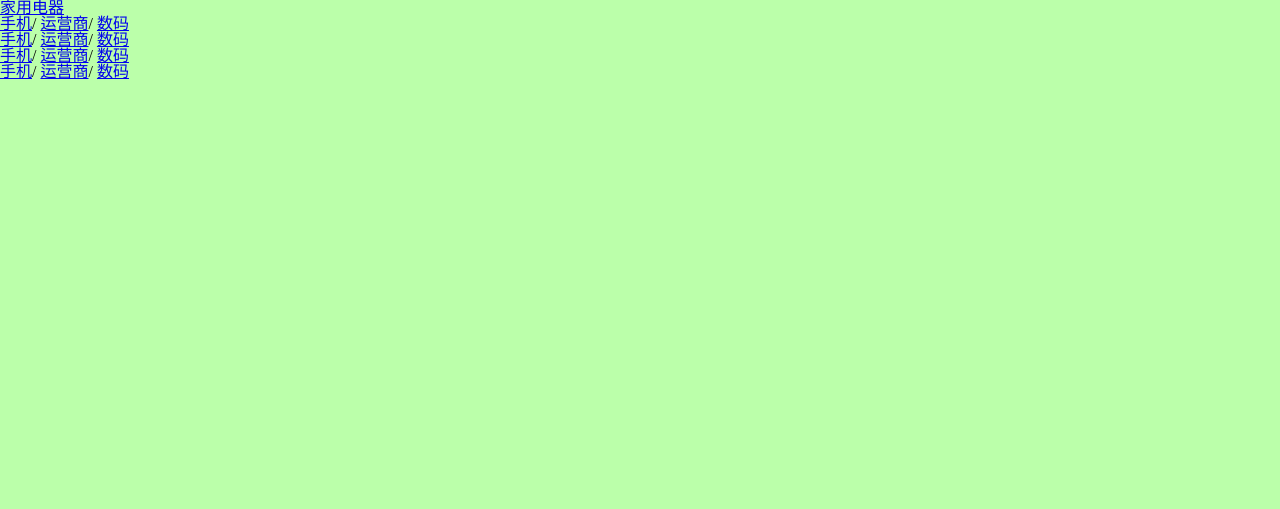
Repository: Romic77/css-test
Page: exercise/02_京东左侧导航条.html
The author's editor kept a copy of each file at every save. The page is drawn from the files as they stood at one save, then again after the next save.
The browser window is 1280 px wide. The pictures show the whole page.

Above is the page before, as saved 2022-09-03 13:46:30.

After the next save:
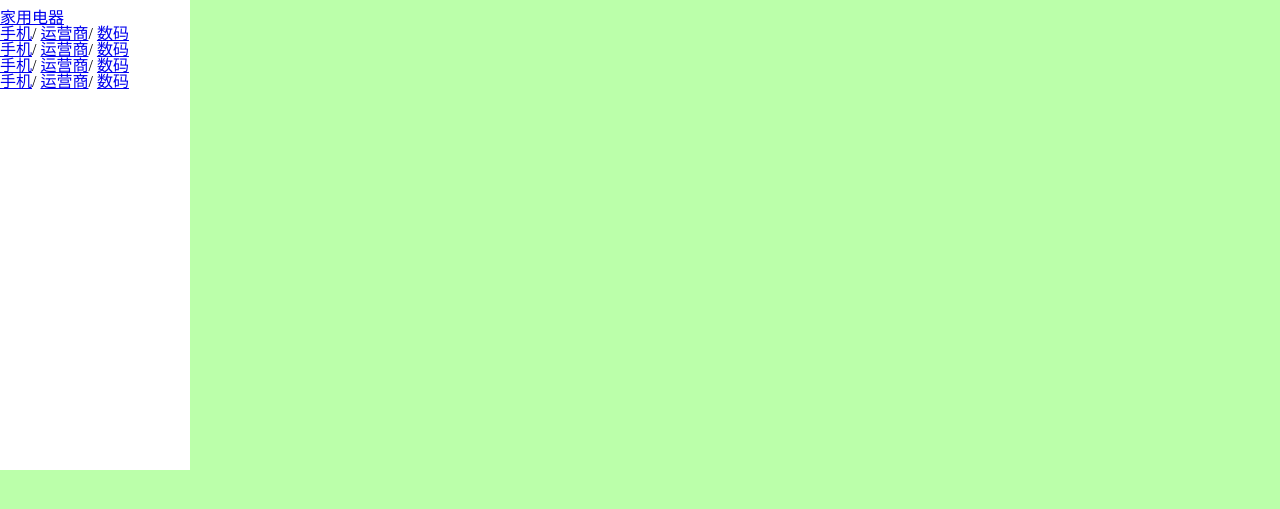
Saved 32 s later.
--- a/exercise/02_京东左侧导航条.html
+++ b/exercise/02_京东左侧导航条.html
@@ -14,7 +14,9 @@
 
         .left-nav {
             width: 190px;
-
+            height: 450px;
+            padding: 10px 0;
+            background-color: #fff;
         }
     </style>
 </head>
